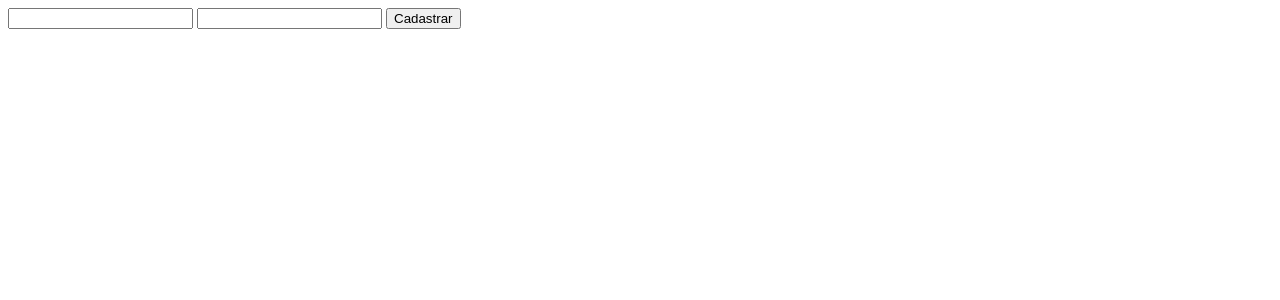
Repository: viniciusrodriguesb/IntegradorJava
Page: http://localhost/Carteira/resultCadastrar.jsp
An editor plug-in stored every save of this project. The page is shown before and after the next save, followed by the edit.
The browser window is 1280 px wide. The pictures show the whole page.
The page is served by Tomcat 9.

Above is the page before, as saved 2022-06-21 00:36:17.

After the next save:
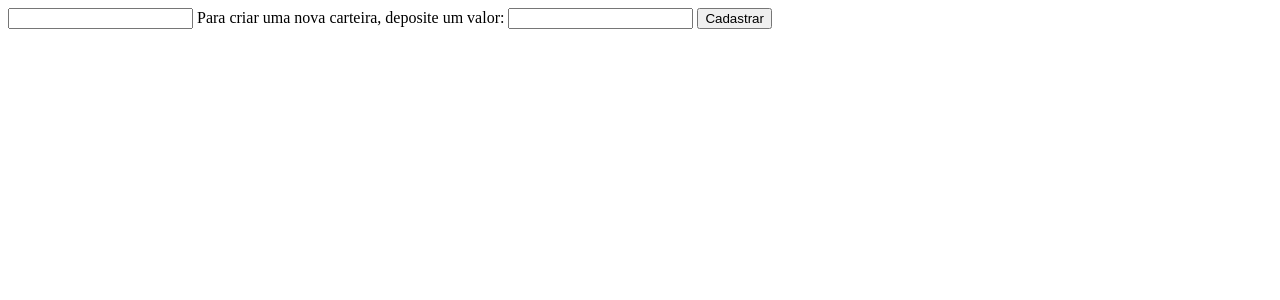
Saved 5 min 27 s later.
--- a/Carteira/src/main/webapp/resultCadastrar.jsp
+++ b/Carteira/src/main/webapp/resultCadastrar.jsp
@@ -10,6 +10,8 @@
 
 	<form action="IncluirCarteiraServlet" method="POST">
 		<input type="text" name="nomeC" id="nomeC"/>
+
+		<label>Para criar uma nova carteira, deposite um valor: </label>
 		<input type="number" name="saldoC" id="saldoC"/>
 
 		<input type="submit" value="Cadastrar"/>
